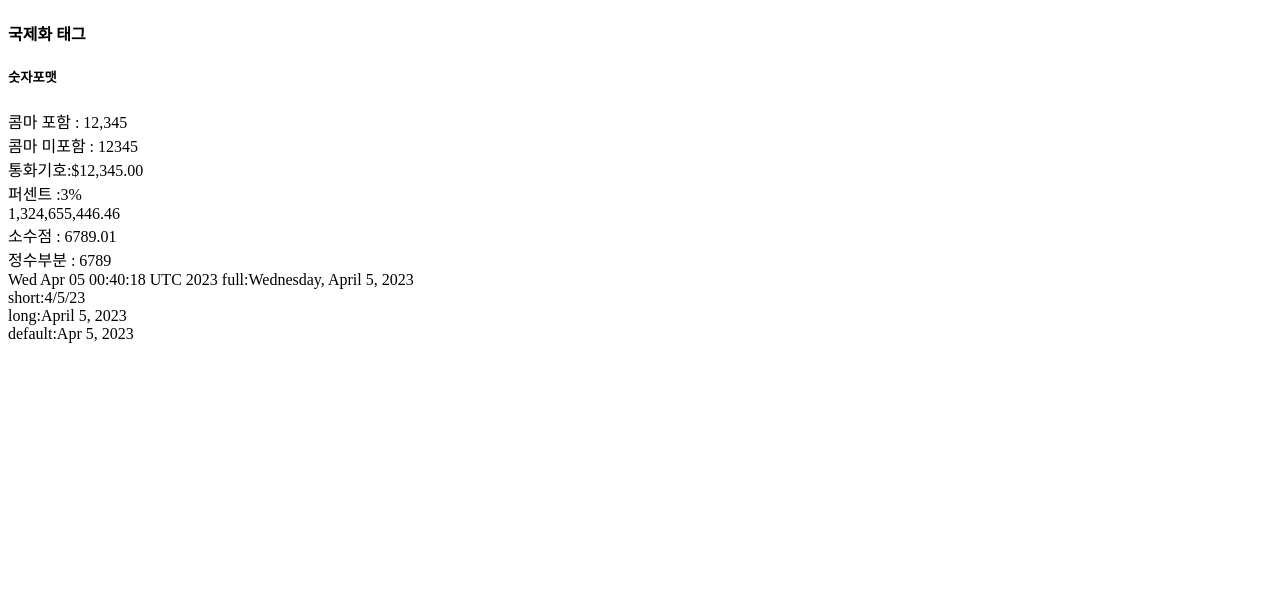
Repository: hyojinx/JspStudy
Page: http://localhost/jspstudy/11JSTL/Formatting.jsp
An editor plug-in stored every save of this project. The page is shown before and after the next save, followed by the edit.
The browser window is 1280 px wide. The pictures show the whole page.
The page is served by Tomcat 9.

Above is the page before, as saved 2023-04-10 07:01:19.

After the next save:
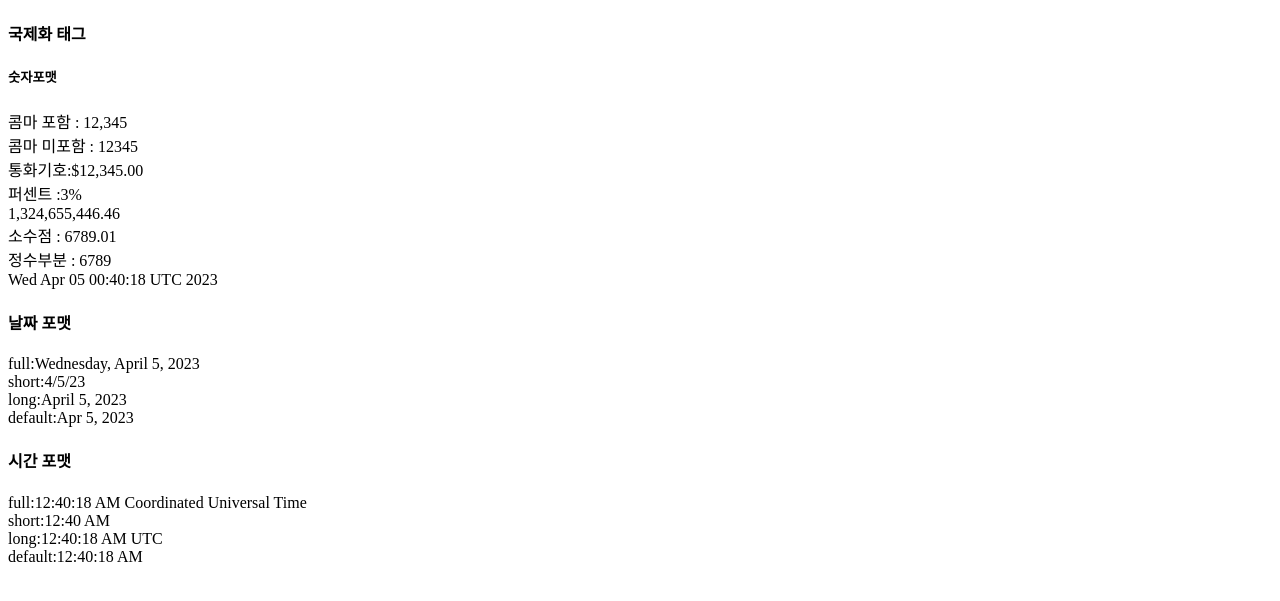
Saved 2 min 18 s later.
--- a/jspstudy/src/main/webapp/11JSTL/Formatting.jsp
+++ b/jspstudy/src/main/webapp/11JSTL/Formatting.jsp
@@ -27,10 +27,17 @@
 	정수부분 : ${print4 }<br>
 
 	<c:set var="today" value="<%=new java.util.Date() %>"/>
-	${today}
+	${today}<br>
+	<h4>날짜 포맷</h4>
 	full:<fmt:formatDate value="${today}" type="date" dateStyle="full"/><br>
 	short:<fmt:formatDate value="${today}" type="date" dateStyle="short"/><br>
 	long:<fmt:formatDate value="${today}" type="date" dateStyle="long"/><br>
 	default:<fmt:formatDate value="${today}" type="date" dateStyle="default"/><br>
+
+		<h4>시간 포맷</h4>
+	full:<fmt:formatDate value="${today}" type="time" timeStyle="full"/><br>
+	short:<fmt:formatDate value="${today}" type="time" timeStyle="short"/><br>
+	long:<fmt:formatDate value="${today}" type="time" timeStyle="long"/><br>
+	default:<fmt:formatDate value="${today}" type="time" timeStyle="default"/><br>
 </body>
 </html>
